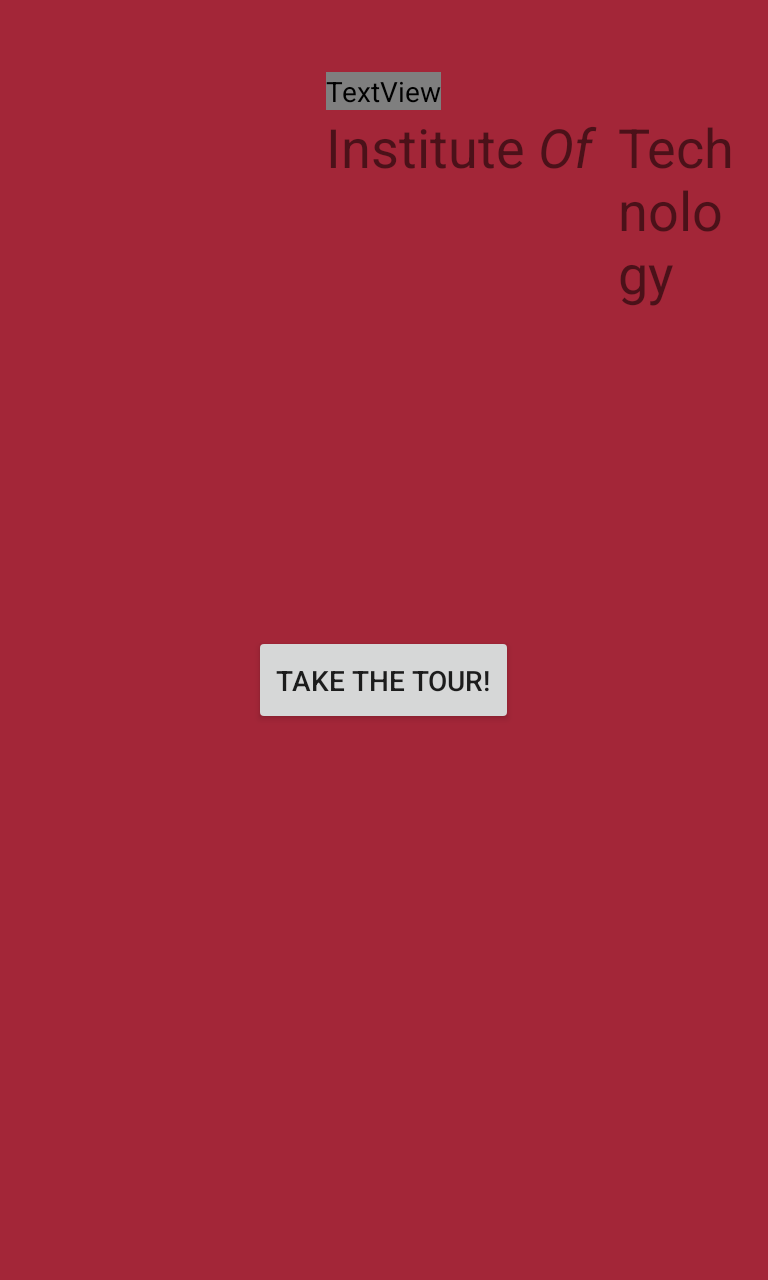
Repository: Klyros/StevensTourApp
Layout: StevensTourApp/res/layout/activity_home_screen.xml
These files come from the project's save history. The layout is drawn as it stood at one moment and after the next save; the edit follows.
Pictures or frames that could not be fetched are drawn as grey boxes. It is drawn on a 768 x 1280 px phone screen (xhdpi) without system bars, with theme AppTheme; the app's code is not run.

Above is the layout before, as saved 2014-08-23 23:22:26.

### StevensTourApp/res/layout/activity_home_screen.xml
<RelativeLayout xmlns:android="http://schemas.android.com/apk/res/android"
    xmlns:tools="http://schemas.android.com/tools"
    android:layout_width="match_parent"
    android:layout_height="match_parent"
    android:paddingBottom="@dimen/activity_vertical_margin"
    android:paddingLeft="@dimen/activity_horizontal_margin"
    android:paddingRight="@dimen/activity_horizontal_margin"
    android:paddingTop="@dimen/activity_vertical_margin"
    tools:context="edu.stevens.stevenstourapp.HomeScreen" >



    <Button
        android:id="@+id/btnTour"
        android:layout_width="wrap_content"
        android:layout_height="wrap_content"
        android:layout_below="@+id/editText1"
        android:layout_centerHorizontal="true"
        android:layout_marginTop="300dp"
        android:text="Take the Tour!" />

    <TextView
        android:id="@+id/stevensTitle"
        android:layout_width="wrap_content"
        android:layout_height="wrap_content"
        android:layout_alignParentTop="true"
        android:layout_centerHorizontal="true"
		android:textSize="80sp"
		android:fontFamily="Angleterre Book"
        android:layout_marginTop="20dp"
        android:text="Stevens" />

        <TextView
            android:id="@+id/stevensInstitute"
            android:layout_width="wrap_content"
            android:layout_height="wrap_content"
            android:layout_alignLeft="@+id/stevensTitle"
            android:layout_below="@+id/stevensTitle"
            android:textSize="27sp"
            android:text="Institute " />

        <TextView
            android:id="@+id/stevensOf"
            android:layout_width="wrap_content"
            android:layout_height="wrap_content"
            android:layout_alignBaseline="@+id/stevensInstitute"
            android:layout_alignBottom="@+id/stevensInstitute"
            android:layout_toRightOf="@+id/stevensInstitute"
            android:textStyle="italic"
            android:textSize="27sp"
            android:text="Of  " />

        <TextView
            android:id="@+id/stevensTechnology"
            android:layout_width="wrap_content"
            android:layout_height="wrap_content"
            android:layout_alignBaseline="@+id/stevensOf"
            android:layout_alignBottom="@+id/stevensOf"
            android:layout_toRightOf="@+id/stevensOf"
            android:textSize="27sp"
            android:text="Technology" />

</RelativeLayout>

### StevensTourApp/res/values/colors.xml
<?xml version="1.0" encoding="utf-8"?>
<resources>
    <color name="background">#A32638</color>
</resources>

Loaded but not shown: StevensTourApp/res/values/styles.xml (common file); StevensTourApp/res/values-v11/styles.xml (common file); StevensTourApp/res/values-v14/styles.xml (common file); StevensTourApp/res/values/dimens.xml (common file); StevensTourApp/res/values-w820dp/dimens.xml (common file)

After the next save:
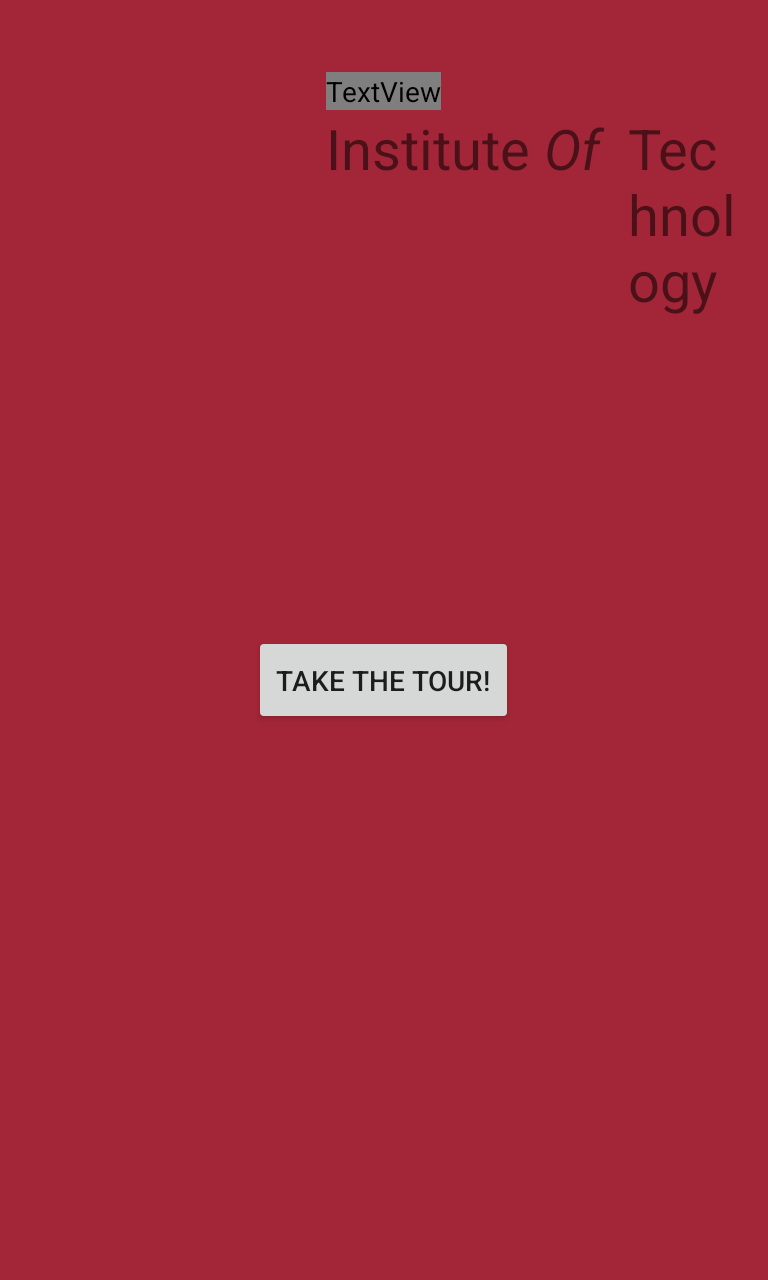
Saved 55 s later.
--- a/StevensTourApp/res/layout/activity_home_screen.xml
+++ b/StevensTourApp/res/layout/activity_home_screen.xml
@@ -36,7 +36,7 @@
             android:layout_height="wrap_content"
             android:layout_alignLeft="@+id/stevensTitle"
             android:layout_below="@+id/stevensTitle"
-            android:textSize="27sp"
+            android:textSize="28sp"
             android:text="Institute " />
 
         <TextView
@@ -47,7 +47,7 @@
             android:layout_alignBottom="@+id/stevensInstitute"
             android:layout_toRightOf="@+id/stevensInstitute"
             android:textStyle="italic"
-            android:textSize="27sp"
+            android:textSize="28sp"
             android:text="Of  " />
 
         <TextView
@@ -57,7 +57,7 @@
             android:layout_alignBaseline="@+id/stevensOf"
             android:layout_alignBottom="@+id/stevensOf"
             android:layout_toRightOf="@+id/stevensOf"
-            android:textSize="27sp"
+            android:textSize="28sp"
             android:text="Technology" />
 
 </RelativeLayout>
